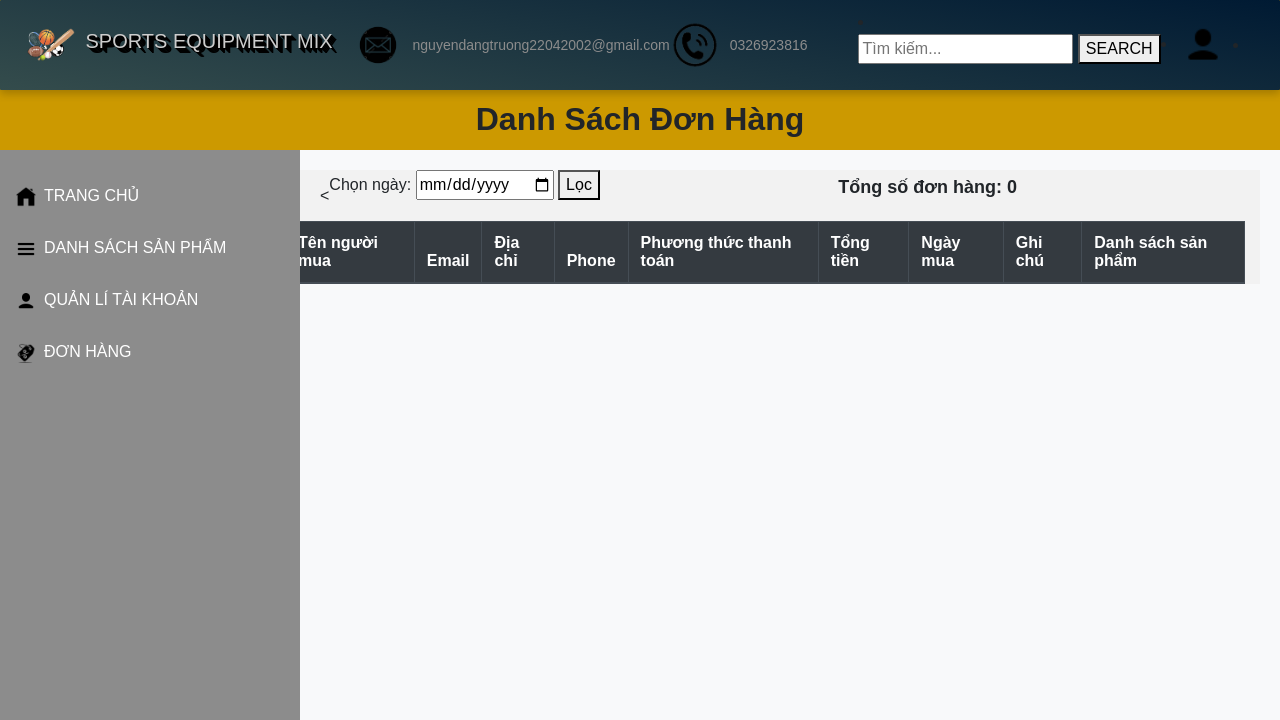
Repository: nguyendangtruong220420002/WWW-BanDungCuThietBiTheThao
Page: http://localhost/WebBanDungCuTheThao/QuanLy/DSDonHang.jsp
An editor plug-in stored every save of this project. The page is shown before and after the next save, followed by the edit.
The browser window is 1280 px wide. The pictures show the whole page.
The page is served by Tomcat 10. Other server files are loaded and not shown. The template is opened directly, without the code that normally fills it, so the values that code supplies are empty.

Above is the page before, as saved 2024-07-22 07:30:24.

### WebBanDungCuTheThao/src/main/webapp/QuanLy/DSDonHang.jsp
<%@ page language="java" contentType="text/html; charset=UTF-8"
	pageEncoding="UTF-8"%>
<%@ taglib uri="http://java.sun.com/jsp/jstl/core" prefix="c"%>

<%@ taglib uri="http://java.sun.com/jsp/jstl/functions" prefix="fn"%>
<%@ taglib uri="http://java.sun.com/jsp/jstl/fmt" prefix="fmt"%>
<html>
<head>
<meta charset="UTF-8">
<title>Quản Lý Đơn Hàng</title>
<link
	href="https://stackpath.bootstrapcdn.com/bootstrap/4.5.2/css/bootstrap.min.css"
	rel="stylesheet">
<!-- Bootstrap JS và jQuery -->
<script src="https://code.jquery.com/jquery-3.5.1.slim.min.js"></script>
<script
	src="https://cdn.jsdelivr.net/npm/@popperjs/core@2.9.2/dist/umd/popper.min.js"></script>
<script
	src="https://stackpath.bootstrapcdn.com/bootstrap/4.5.2/js/bootstrap.min.js"></script>
<style>
body {
	font-family: Arial, sans-serif;
	margin: 0;
	padding: 0;
	box-sizing: border-box;
	display: flex;
	flex-direction: column;
	min-height: 100vh;
}

.logo {
	display: flex;
	align-items: center;
	justify-content: space-around;
	padding: 10px;
	background: linear-gradient(10deg, #344c4c, #001a33);
	border-radius: 1px;
	box-shadow: 0 4px 8px rgba(0, 0, 0, 0.2);
}

.logo-left {
	display: flex;
	align-items: center;
}

.logo-right {
	display: flex;
	align-items: center;
}

.logo img {
	height: 50px;
	width: 50px;
	margin-right: 10px;
}

.logo h1 {
	font-size: 20px;
	text-shadow: 1px 1px 0 #000, 2px 2px 0 #000, 3px 3px 0 #000, 4px 4px 0
		#000, 5px 5px 0 #000;
	color: #cccccc;
	font-weight: 100;
	margin-right: 20px;
}

.contact-info {
	display: flex;
	align-items: center;
	margin-right: 20px;
}

.contact-info h2 {
	margin: 0;
	font-size: 14px;
	color: #8c8c8c;
}

.social-icons img {
	height: 40px;
	width: 40px;
	margin: 10px;
}

header {
	background-color: #cc9900;
	height: 150px;
}

.memu-icons {
	height: 15px;
	width: 15px;
	margin: 0 5px;
}

.user-menu {
	display: none;
	position: absolute;
	background-color: white;
	border: 1px solid #ccc;
	padding: 10px;
	right: 15px;
	top: 40px;
}

.user-menu a {
	display: block;
	color: #333;
	text-decoration: none;
	margin: 5px 0;
}

.user-icon {
	position: relative;
	cursor: pointer;
}

.sidebar {
    width: 300px;
    height: 100%;
    background-color:  #8c8c8c;
    padding-top: 20px;
    position: fixed;
    top: 150px; /* Dưới header */
    left: 0;
    overflow-y: auto;
}

.nav-list {
    list-style-type: none;
    padding: 0;
    margin: 0;
}

.nav-list li {
    position: relative;
}

.nav-list li a {
    display: block;
    color: white;
    padding: 14px 16px;
    text-decoration: none;
}

.nav-list li a:hover {
    background-color: #111;
}

.menu-icons {
    height: 20px;
    width: 20px;
    margin-right: 8px;
}

.dropdown-content {
    display: none;
    background-color: #444;
    padding-left: 20px;
}

.dropdown-content a {
    color: white;
    padding: 12px 16px;
    text-decoration: none;
    display: block;
}

.dropdown-content a:hover {
    background-color: #555;
}

main {
    margin-left: 250px; /* Để lại khoảng trống cho sidebar */
    padding: 20px;
    flex: 1;
}

.show {
    display: block;
}
</style>
<script>
	function toggleUserMenu() {
		var userMenu = document.getElementById("user-menu");
		if (userMenu.style.display === "block") {
			userMenu.style.display = "none";
		} else {
			userMenu.style.display = "block";
		}
	}
	function toggleDropdown(event) {
		event.preventDefault();
		var dropdownContent = event.currentTarget.nextElementSibling;
		dropdownContent.classList.toggle("show");
	}
	function filterByDate() {
	    // Lấy ngày từ form lọc
	    const filterDate = document.getElementById('filterDate').value;
	    const formattedDate = new Date(filterDate).toISOString().split('T')[0]; // Định dạng ngày theo yyyy-MM-dd

	    // Lấy tất cả các hàng trong bảng
	    const rows = document.querySelectorAll('#paymentsTableBody tr');

	    rows.forEach(row => {
	        // Lấy giá trị ngày từ thuộc tính data-date
	        const rowDate = row.getAttribute('data-date');

	        // So sánh ngày để quyết định hiển thị hoặc ẩn hàng
	        if (rowDate === formattedDate) {
	            row.style.display = ''; // Hiển thị hàng
	        } else {
	            row.style.display = 'none'; // Ẩn hàng
	        }
	    });
	}

</script>


</head>
<body>
	<header>
		<div class="logo">
			<div class="logo-left">
				<img alt="" src="IMG/logo.png">
				<h1>SPORTS EQUIPMENT MIX</h1>
				<div class="contact-info">
					<img alt="" src="IMG/thu.png" class="social-icons">
					<h2>nguyendangtruong22042002@gmail.com</h2>
					<img alt="" src="IMG/call.png" class="social-icons">
					<h2>0326923816</h2>
				</div>
			</div>
			<div class="logo-right">
				<li>
					<form action="search.jsp" method="get">
						<input type="text" name="query" placeholder="Tìm kiếm...">
						<button type="submit">SEARCH</button>
					</form>
				</li>
				<li><a href="#" class="user-icon" onclick="toggleUserMenu()"><img
						alt="" src="IMG/user.png" style="height: 40px; width: 40px"></a>
					<div id="user-menu" class="user-menu">
						<c:choose>
							<c:when test="${not empty sessionScope.ten}">
								<span class="user-info font-weight-bold text-black"> <c:out
										value="Xin chào: ${sessionScope.ten}" />
								</span>
								<button type="button" class="btn btn-danger"
									onclick="confirmLogout()">Đăng Xuất</button>
							</c:when>
							<c:otherwise>
								<button type="button" class="btn btn-primary"
									data-toggle="modal" data-target="#loginModal">Đăng
									Nhập</button>
								<button type="button" class="btn btn-primary"
									data-toggle="modal" data-target="#registerModal">Đăng
									Ký</button>
							</c:otherwise>
						</c:choose>
					</div></li>
				<li>
			</div>
		</div>
		<div style="text-align: center; margin-top: 10px">
			<h2 style="font-weight: bold;">Danh Sách Đơn Hàng</h2>
		</div>
	</header>
	<nav class="sidebar">
		<ul class="nav-list">
			<li><a href="Admin.jsp"><img alt="" src="IMG/home.png"
					class="menu-icons">TRANG CHỦ</a></li>
			<li class="dropdown"><a href="javascript:void(0)"
				class="dropbtn" onclick="toggleDropdown(event)"><img alt=""
					src="IMG/menu.png" class="menu-icons">DANH SÁCH SẢN PHẨM</a>
				<div class="dropdown-content">
					<a href="DanhSachLoaiSanPhamServlet">Loại Sản phẩm</a> <a
						href="DanhSachSanPhamServlet">Sản phẩm</a>
				</div></li>
			<li><a href="users.jsp"><img alt="" src="IMG/user.png"
					class="menu-icons">QUẢN LÍ TÀI KHOẢN</a></li>
			<li><a href="DSDonHangServlet"><img alt="" src="IMG/sale.png"
					class="menu-icons">ĐƠN HÀNG</a></li>
		</ul>
	</nav>
	<main>
		<div class="container" style="background-color:#f2f2f2; max-width: 1600px">

        <div class="content">
			<div class="row mb" style="display: flex; align-items: center; margin-left: 20px;" >

        <div class="col-md-4" style="display: flex; align-items: center;">
    <<form id="filterForm" action="DSDonHang" method="get">
    <label for="filterDate">Chọn ngày:</label>
    <input type="date" id="filterDate" name="filterDate" value="${filterDate}"/>
    <button type="submit">Lọc</button>
</form>
        </div>
				<div class="col-md-4" style="font-weight: bold;font-size: 18px; margin-left: 200px">

					<p>Tổng số đơn hàng: ${fn:length(payments)}</p>
				</div>
				</div>

			</div>
        <table class="table table-bordered">
            <thead class="thead-dark">
                <tr>
							<th>Tên người mua</th>
							<th>Email</th>
							<th>Địa chỉ</th>
							<th>Phone</th>
							<th>Phương thức thanh toán</th>
							<th>Tổng tiền</th>
							<th>Ngày mua</th>
							<th>Ghi chú</th>
							<th>Danh sách sản phẩm</th>
						</tr>

            </thead>
            <tbody id="paymentsTableBody">
						<c:forEach var="payment" items="${payments}">
							 <tr>
								<td>${payment.hoten}</td>
								<td>${payment.email}</td>
								<td>${payment.address}</td>
								<td>${payment.phone}</td>
								<td>${payment.paymentMethod}</td>
								<td>${payment.total}</td>
								<td>
                    			<fmt:formatDate value="${payment.purchaseDate}" pattern="dd-MM-yyyy HH:mm" />
                				</td>
								<td>${payment.ghichu}</td>
								<td>
									<ul>
										<c:forEach var="sanPham" items="${payment.sanPhams}">
											<li>Tên sản phẩm: ${sanPham.tensanpham}, Số lượng:
												${sanPham.soluong}, Giá: ${sanPham.giagiam}</li>
										</c:forEach>
									</ul>
								</td>
							</tr>
						</c:forEach>
					</tbody>

        </table>
    </div>
	</main>


	<footer> </footer>

	<jsp:include page="../Modal/register.jsp" />
	<jsp:include page="../Modal/login.jsp" />
	<!-- Modal Đăng ký thành công -->
	<div class="modal fade" id="registerSuccessModal" tabindex="-1"
		role="dialog" aria-labelledby="registerSuccessModalLabel"
		aria-hidden="true">
		<div class="modal-dialog" role="document">
			<div class="modal-content">
				<div class="modal-header">
					<h5 class="modal-title" id="registerSuccessModalLabel">Đăng Ký
						Thành Công</h5>
					<button type="button" class="close" data-dismiss="modal"
						aria-label="Close">
						<span aria-hidden="true">&times;</span>
					</button>
				</div>
				<div class="modal-body">Chúc mừng! Bạn đã đăng ký thành công.
				</div>
				<div class="modal-footer">
					<button type="button" class="btn btn-secondary"
						data-dismiss="modal">Đóng</button>
				</div>
			</div>
		</div>
	</div>

	<!-- JavaScript để hiển thị modal khi cần -->
	<script>
        $(document).ready(function() {
            <%-- Kiểm tra xem thuộc tính registerSuccess có trong session không --%>
            <% if (session.getAttribute("registerSuccess") != null && (Boolean) session.getAttribute("registerSuccess")) { %>
                <%-- Hiển thị modal "Đăng ký thành công" --%>
                $('#registerSuccessModal').modal('show');
            <% }
               session.removeAttribute("registerSuccess");
            %>
        });
    </script>
	<!-- Modal Đăng nhập thành công -->
	<div class="modal fade" id="loginSuccessModal" tabindex="-1"
		role="dialog" aria-labelledby="loginSuccessModalLabel"
		aria-hidden="true">
		<div class="modal-dialog" role="document">
			<div class="modal-content">
				<div class="modal-header">
					<h5 class="modal-title" id="loginSuccessModalLabel">Đăng Nhập
						Thành Công</h5>
					<button type="button" class="close" data-dismiss="modal"
						aria-label="Close">
						<span aria-hidden="true">&times;</span>
					</button>
				</div>
				<div class="modal-body">Chào mừng bạn đã đăng nhập thành công.
				</div>
				<div class="modal-footer">
					<button type="button" class="btn btn-secondary"
						data-dismiss="modal">Đóng</button>
				</div>
			</div>
		</div>
	</div>
	<script>
    $(document).ready(function() {

        <% if (session.getAttribute("loginSuccess") != null && (Boolean) session.getAttribute("loginSuccess")) { %>
            $('#loginSuccessModal').modal('show');
            <% session.removeAttribute("loginSuccess"); %>

            // Thay đổi nút "Đăng Nhập" và "Đăng Ký" thành nút "Đăng Xuất"
            var tenuser = '${sessionScope.ten}'; // Lấy tên người dùng từ session
            $('#user-menu').html('<span class="user-info font-weight-bold text-black">Xin Chào  ' + tenuser + '</span>' +
                '<button type="button" class="btn btn-danger" onclick="confirmLogout()">Đăng Xuất</button>');
        <% } %>
    });

    function confirmLogout() {
        // Hiển thị modal xác nhận đăng xuất
        $('#confirmLogoutModal').modal('show');
    }

    function logout() {
    	window.location.href = "LogoutServlet";
    }
</script>
	<!-- Modal Đăng nhập không thành công -->
	<div class="modal fade" id="loginFailedModal" tabindex="-1"
		role="dialog" aria-labelledby="loginFailedModalLabel"
		aria-hidden="true">
		<div class="modal-dialog" role="document">
			<div class="modal-content">
				<div class="modal-header">
					<h5 class="modal-title" id="loginFailedModalLabel">Đăng Nhập
						Không Thành Công</h5>
					<button type="button" class="close" data-dismiss="modal"
						aria-label="Close">
						<span aria-hidden="true">&times;</span>
					</button>
				</div>
				<div class="modal-body">Đăng nhập không thành công. Vui lòng
					kiểm tra lại email và mật khẩu.</div>
				<div class="modal-footer">
					<button type="button" class="btn btn-secondary"
						data-dismiss="modal">Đóng</button>
				</div>
			</div>
		</div>
	</div>
	<script>
    $(document).ready(function() {
        <%-- Kiểm tra xem thuộc tính loginFailed có trong session không --%>
        <% if (session.getAttribute("loginFailed") != null && (Boolean) session.getAttribute("loginFailed")) { %>
            <%-- Hiển thị modal "Đăng nhập không thành công" --%>
            $('#loginFailedModal').modal('show');
        <% }
           session.removeAttribute("loginFailed");
        %>
    });
</script>
	<!-- Modal xác nhận đăng xuất -->
	<div class="modal fade" id="confirmLogoutModal" tabindex="-1"
		role="dialog" aria-labelledby="confirmLogoutModalLabel"
		aria-hidden="true">
		<div class="modal-dialog" role="document">
			<div class="modal-content">
				<div class="modal-header">
					<h5 class="modal-title" id="confirmLogoutModalLabel">Xác nhận
						đăng xuất</h5>
					<button type="button" class="close" data-dismiss="modal"
						aria-label="Close">
						<span aria-hidden="true">&times;</span>
					</button>
				</div>
				<div class="modal-body">Bạn có chắc chắn muốn đăng xuất không?
				</div>
				<div class="modal-footer">
					<button type="button" class="btn btn-secondary"
						data-dismiss="modal">Hủy</button>
					<button type="button" class="btn btn-primary" onclick="logout()">Đăng
						xuất</button>
				</div>
			</div>
		</div>
	</div>





</body>
</html>

### WebBanDungCuTheThao/src/main/webapp/Modal/register.jsp
<%@ page language="java" contentType="text/html; charset=UTF-8"
    pageEncoding="UTF-8"%>
<!DOCTYPE html>
<html>
<head>
<meta charset="UTF-8">
<title>Register</title>
<link rel="stylesheet" href="https://stackpath.bootstrapcdn.com/bootstrap/4.3.1/css/bootstrap.min.css">
<style>
body {
    font-family: Arial, sans-serif;
    background-color: #f8f9fa;
    margin: 0;
    padding: 0;
}
.modal-content {
    border-radius: 8px;
    border: none;
}
.modal-header {
    background-color: #007bff;
    color: #fff;
    border-bottom: none;
    border-top-left-radius: 8px;
    border-top-right-radius: 8px;
}
.modal-title {
    margin: 0;
    font-weight: bold;
}
.close {
    color: #fff;
    opacity: 1;
}
.modal-body {
    padding: 20px;
}
.form-group label {
    font-weight: bold;
}
.form-control {
    border-radius: 4px;
    border: 1px solid #ced4da;
    padding: 10px;
}
.btn-primary {
    background-color: #007bff;
    border: none;
    border-radius: 4px;
    padding: 10px 20px;
}
.btn-primary:hover {
    background-color: #0056b3;
}
</style>
</head>
<body>
<div class="modal fade" id="registerModal" tabindex="-1" role="dialog" aria-labelledby="registerModalLabel" aria-hidden="true">
  <div class="modal-dialog" role="document">
    <div class="modal-content">
      <div class="modal-header">
        <h5 class="modal-title" id="registerModalLabel">Đăng Ký</h5>
        <button type="button" class="close" data-dismiss="modal" aria-label="Close">
          <span aria-hidden="true">&times;</span>
        </button>
      </div>
      <div class="modal-body">
        <form action="UserServlet" method="post">
          <div class="form-group">
            <label for="username">Họ và Tên</label>
            <input type="text" class="form-control" id="tenuser" name="tenuser" required>
          </div>
          <div class="form-group">
            <label for="password">Mật Khẩu</label>
            <input type="password" class="form-control" id="password" name="password" required>
          </div>
          <div class="form-group">
            <label for="email">Email</label>
            <input type="email" class="form-control" id="email" name="email" required>
          </div>
          <button type="submit" class="btn btn-primary">Đăng Ký</button>
        </form>
      </div>
    </div>
  </div>
</div>
<script src="https://code.jquery.com/jquery-3.3.1.slim.min.js"></script>
<script src="https://cdnjs.cloudflare.com/ajax/libs/popper.js/1.14.7/umd/popper.min.js"></script>
<script src="https://stackpath.bootstrapcdn.com/bootstrap/4.3.1/js/bootstrap.min.js"></script>
</body>
</html>

### WebBanDungCuTheThao/src/main/webapp/Modal/login.jsp
<%@ page language="java" contentType="text/html; charset=UTF-8"
	pageEncoding="UTF-8"%>
<%@ taglib uri="http://java.sun.com/jsp/jstl/core" prefix="c"%>
<!DOCTYPE html>
<html>
<head>
<meta charset="UTF-8">
<title>Login</title>
<link rel="stylesheet"
	href="https://stackpath.bootstrapcdn.com/bootstrap/4.3.1/css/bootstrap.min.css">
<style>
body {
	font-family: Arial, sans-serif;
	background-color: #f8f9fa;
	margin: 0;
	padding: 0;
}

.modal-content {
	border-radius: 8px;
	border: none;
}

.modal-header {
	background-color: #007bff;
	color: #fff;
	border-bottom: none;
	border-top-left-radius: 8px;
	border-top-right-radius: 8px;
}

.modal-title {
	margin: 0;
	font-weight: bold;
}

.close {
	color: #fff;
	opacity: 1;
}

.modal-body {
	padding: 20px;
}

.form-group label {
	font-weight: bold;
}

.form-control {
	border-radius: 4px;
	border: 1px solid #ced4da;
	padding: 10px;
}

.btn-primary {
	background-color: #007bff;
	border: none;
	border-radius: 4px;
	padding: 10px 20px;
}

.btn-primary:hover {
	background-color: #0056b3;
}
</style>
</head>
<body>
	<div class="modal fade" id="loginModal" tabindex="-1" role="dialog"
		aria-labelledby="loginModalLabel" aria-hidden="true">
		<div class="modal-dialog" role="document">
			<div class="modal-content">
				<div class="modal-header">
					<h5 class="modal-title" id="loginModalLabel">Đăng Nhập</h5>
					<button type="button" class="close" data-dismiss="modal"
						aria-label="Close">
						<span aria-hidden="true">&times;</span>
					</button>
				</div>
				<div class="modal-body">
					<form action="LoginServlet" method="post">
						<div class="form-group">
							<label for="email">Email :</label> <input type="text"
								class="form-control" id="email" name="email" required>

						</div>
						<div class="form-group">
							<label for="password">Mật Khẩu:</label> <input type="password"
								class="form-control" id="password" name="password" required>
						</div>
						<div class="form-group">
							<div class="checkbox">
								<label><input type="checkbox" name="remember">
									Nhớ tài khoảng</label>
							</div>
						</div>
						<button type="submit" class="btn btn-primary">Đăng Nhập</button>
					</form>
				</div>
			</div>
		</div>
	</div>
	<script src="https://code.jquery.com/jquery-3.3.1.slim.min.js"></script>
	<script
		src="https://cdnjs.cloudflare.com/ajax/libs/popper.js/1.14.7/umd/popper.min.js"></script>
	<script
		src="https://stackpath.bootstrapcdn.com/bootstrap/4.3.1/js/bootstrap.min.js"></script>
</body>
</html>

After the next save:
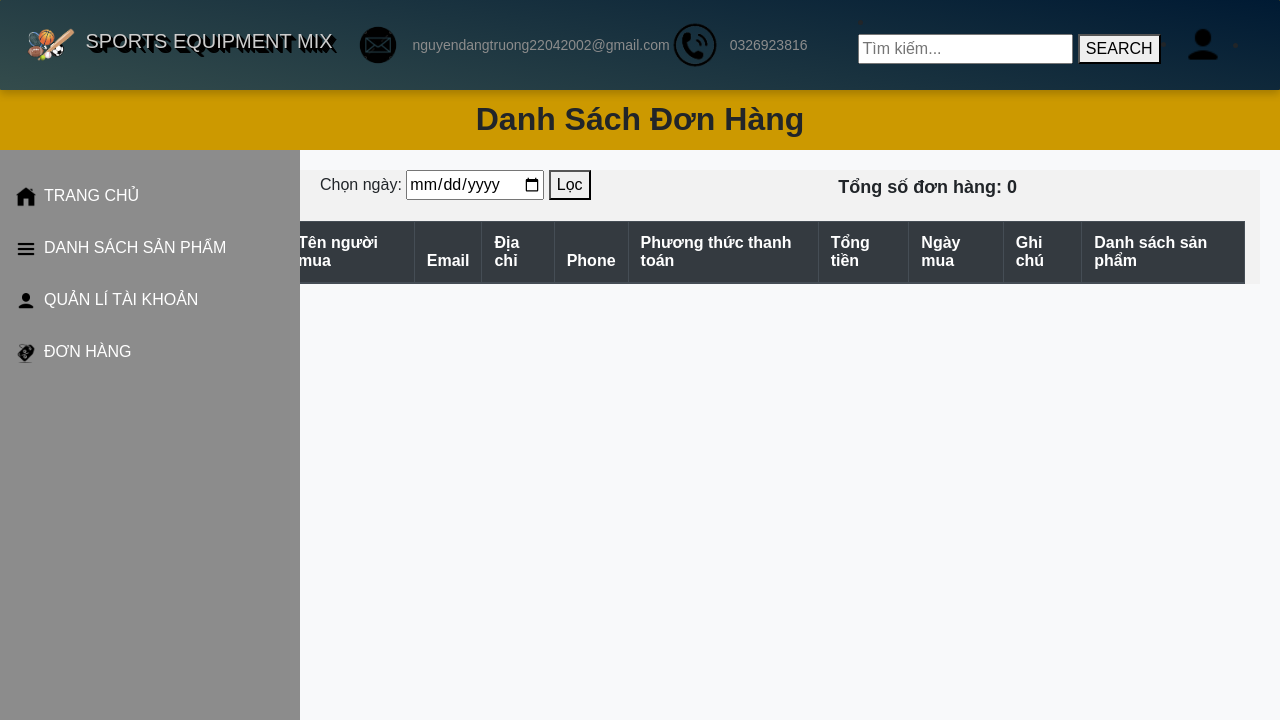
Saved 15 s later.
--- a/WebBanDungCuTheThao/src/main/webapp/QuanLy/DSDonHang.jsp
+++ b/WebBanDungCuTheThao/src/main/webapp/QuanLy/DSDonHang.jsp
@@ -290,7 +290,7 @@ main {
 			<div class="row mb" style="display: flex; align-items: center; margin-left: 20px;" >
 
         <div class="col-md-4" style="display: flex; align-items: center;">
-    <<form id="filterForm" action="DSDonHang" method="get">
+    <form id="filterForm" action="DSDonHang" method="get">
     <label for="filterDate">Chọn ngày:</label>
     <input type="date" id="filterDate" name="filterDate" value="${filterDate}"/>
     <button type="submit">Lọc</button>
